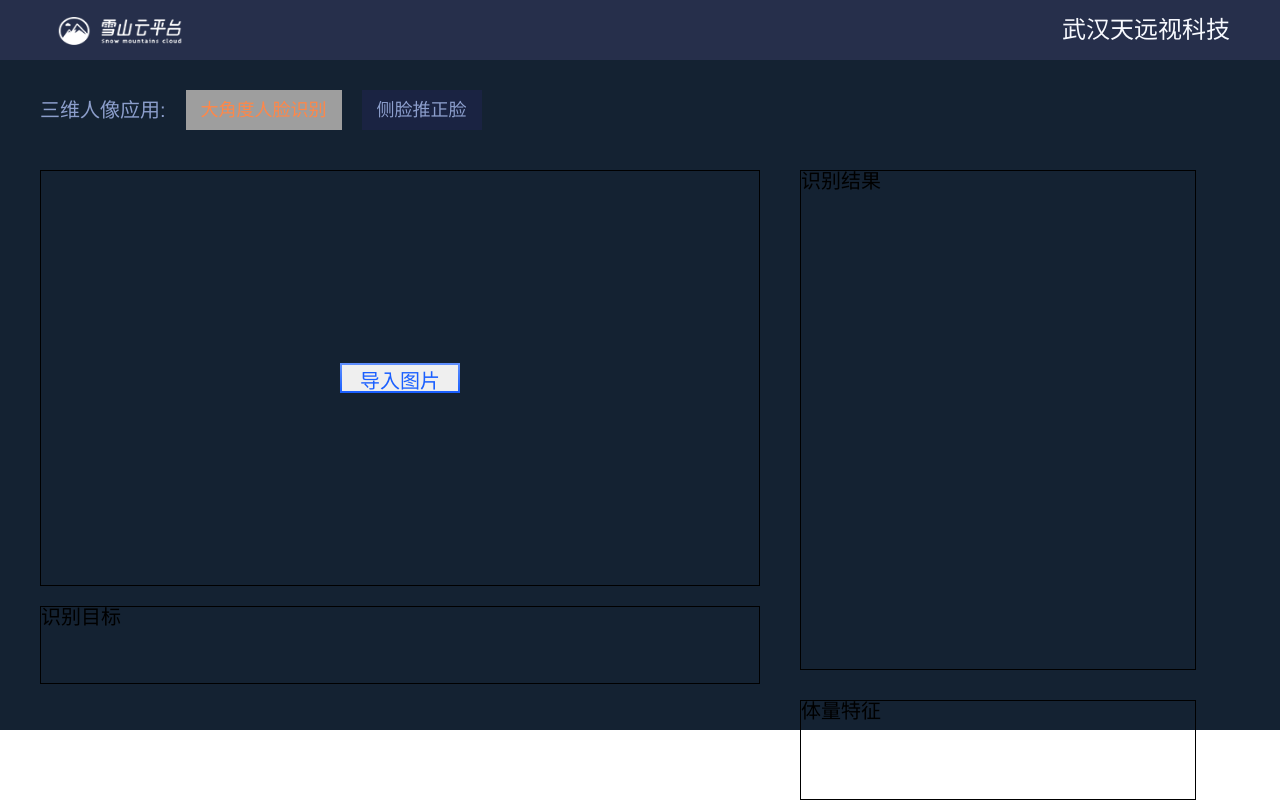
Repository: fyt2020/pubilcDemlo
Page: /
An editor plug-in stored every save of this project. The page is shown before and after the next save, followed by the edit.
The browser window is 1280 px wide. The pictures show the whole page.
Pictures or frames that could not be fetched are drawn as grey boxes. The project was rebuilt for these pictures with package versions that can differ from the ones it lists, and the page was loaded fresh each time.

Above is the page before, as saved 2020-04-28 10:48:03.

### index.html
<!DOCTYPE html>
<html>
  <head>
    <meta charset="utf-8">
    <meta name="viewport" content="width=device-width,initial-scale=1.0">
    <title>pubilcdemo</title>
    <script src="./static/config.js"></script>
    <script src="./static/main.js"></script>
  </head>
  <body>
    <div id="app"></div>
    <!-- built files will be auto injected -->
  </body>
</html>

### src/main.js
// The Vue build version to load with the `import` command
// (runtime-only or standalone) has been set in webpack.base.conf with an alias.
import Vue from 'vue'
import App from './App'
import router from './router'
import '@/assets/css/reset.css'
import axios from '@/plugins/axios';

Vue.config.productionTip = false
Vue.prototype.$http = axios;
/* eslint-disable no-new */
new Vue({
  el: '#app',
  router,
  components: { App },
  template: '<App/>'
})

### src/router/index.js
import Vue from 'vue'
import Router from 'vue-router'
import Home from '@/pages/Home'

Vue.use(Router)

export default new Router({
  linkExactActiveClass: "exactActive",
  linkActivesClass: "active",
  routes: [
    {
      path: '/',
      name: 'home',
      component: Home,
      meta:{
        needTooken:false
      },
      redirect:'/bigAngle',
      children:[
        {
          path: 'bigAngle',
          name: 'bigAngle',
          component: () => import("@/pages/bigAngle"),
          meta:{
            needTooken:false
          },

        },
        {
          path: 'face',
          name: 'face',
          component: () => import("@/pages/face"),
          meta:{
            needTooken:false
          },

        }

      ]
    }
  ]
})

### src/assets/css/reset.css
@charset "UTF-8";
/**
 * @desc pc端常用reset.css
 * @author archer
 * @date 2018-08-26
 */
html,body,div,p,ul,li,dl,dt,dd,em,i,span,a,img,input,h1,h2,h3,h4,h5,nav,section,footer,header,table,tr,th,td,ul,li{margin:0;padding:0;box-sizing: border-box;}
h1,h2,h3,h4,h5,h6{font-weight:normal}
i,em,b{font-style:normal}
article,aside,details,figcaption,figure,footer,header,menu,nav,section {display: block;}
a,img,input {border:none;}
a {text-decoration:none;}
a:hover, a:active {outline: none;}
ul,li{list-style: none}
button,input,select,textarea{font-size:100%;outline:none}
table{border-collapse:collapse;border-spacing:0}
html, body {width: 100%;height: 100%;}
body{font-family:"Helvetica Neue",Helvetica, Arial,sans-serif; font-size: 14px;line-height:1}

### src/pages/Home.vue
<template>
  <div class="home">
      <div class="header">
           <div class="header__left">
                <img src="../assets/img/logo1.png" alt="" class="logo_img">

           </div>
           <div class="header__right">
                <span>武汉天远视科技</span>
           </div>
      </div>
      <div class="navigation">
            <span class="navigation__title">三维人像应用:</span>
            <router-link tag="li" :to="{name:'bigAngle'}" class="navigation__item">大角度人脸识别</router-link>
            <router-link tag="li" :to="{name:'face',params:{id:'self'}}" class="navigation__item">侧脸推正脸</router-link>
      </div>

      <div class="content">
         <router-view />
      </div>

  </div>
</template>

<script>
export default {
  data() {
    return {};
  },
  computed: {},
  created() {

  },
  mounted() {

  },
  methods: {

  },
  components: {}
};
</script>

<style lang="scss" scoped>
@import "@/assets/css/home.scss";
</style>

### src/pages/bigAngle.vue
<template>
  <div class="bigAngle">
    <div class="bigAngle__left">
      <div class="left__top">
        <img :src="uploadImgUrl" alt class="uploadImg" v-if="uploadImgUrl" />
        <img
          src="../assets/img/delete.png"
          alt
          class="delete__img"
          v-show="closeKey"
          @click="close"
        />
        <button class="btn" @click="uploadFile2" v-if="btnKey">
          导入图片
          <form
            name="fileList"
            id="fileList"
            action="uploadURL"
            method="POST"
            enctype="multipart/form-data"
            class="file"
          >
            <input
              type="file"
              hidden
              @change="beforeUploadFile2($event)"
              id="upload_file2"
              class="file-inp"
            />
          </form>
        </button>
      </div>
      <div class="left__bottom">
        <span class="left__bottomT">识别目标</span>
        <ul class="recg__box">
          <li class="recg__item" v-for="item in angleImg" :key="item.id">
            <img :src="item.src" alt class="recg__itemImg"/>
          </li>
        </ul>
      </div>
    </div>
    <div class="bigAngle__right">
      <div class="right__top">
        <span class="right__topT">识别结果</span>
        <div id="WebGL-output"></div>
        <ul class="info__box" v-if="infoObj.collectNo">
          <li class="info__item">
            <span class="info__iteml">采集编号:</span>
            <span class="info__itemr">{{infoObj.collectNo}}</span>
          </li>
          <li class="info__item">
            <span class="info__iteml">性别:</span>
            <span class="info__itemr">{{infoObj.sex}}</span>
          </li>
          <li class="info__item">
            <span class="info__iteml">证件号:</span>
            <span class="info__itemr">{{infoObj.idNo}}</span>
          </li>
          <li class="info__item">
            <span class="info__iteml">采集时间:</span>
            <span class="info__itemr">{{infoObj.time}}</span>
          </li>
        </ul>
      </div>
      <div class="right__bottom">
           <span class="right__topT">体量特征</span>
           <ul class="tl__box" v-if="charData.length>0">
               <li class="tl__item" v-for="item in charData" :key="item.value">
                   <span class="tl__iteml same">{{item.title}}</span>
                   <span class="tl__itemr same">{{item.value}}</span>
               </li>
           </ul>
      </div>
    </div>
  </div>
</template>

<script>
import axios from 'axios'
export default {
  props: {},
  data() {
    return {
      btnKey: true,
      uploadImgUrl: "",
      closeKey: false,
      camera: null,
      renderer: null,
      boxHelper: null,
      animationId: null,
      modelObj: null,
      scene: null,
      infoObj: {
          collectNo:'',
          sex:'',
          time:'',
          idNo:''
      },
      charData:[],
      angleImg:[],

      source: 0
    };
  },
  computed: {},
  created() {},
  mounted() {},
  watch: {},
  methods: {
    close() {
      console.log($('#WebGL-output'))
      $('#WebGL-output').empty();
      this.uploadImgUrl = "";
      this.closeKey = false;
      this.btnKey = true;
      this.angleImg = [];
      this.charData =[];
      this.infoObj = {
          collectNo:'',
          sex:'',
          time:'',
          idNo:''
      },
      this.removeEntity(this.modelObj);
    },
    uploadFile2() {
      let file = document.getElementById("upload_file2");
      file.click();
    },
    beforeUploadFile2(e) {
      let VM = this;
      let files = e.target.files[0];
      let nameArr = e.target.files[0].name.split(".");
      let len = nameArr.length;
      let startName = e.target.files[0].name.split(".")[0];
      let endName = nameArr[len - 1];
      if (
        endName != "jpg" &&
        endName != "png" &&
        endName != "jpeg" &&
        endName != "JPG" &&
        endName != "PNG" &&
        endName != "JPEG"
      ) {
        VM.$Message.error(`上传图片格式不是jpg或png!`);
        return;
      }
      if (!files) {
        return;
      }
      this.btnKey = false;
      this.closeKey = true;
      let reader = new FileReader();
      reader.onloadend = function() {
        VM.uploadImgUrl = reader.result;
      };
      reader.readAsDataURL(files);
      this.angleImg = [{id:Math.floor(Math.random*100),src:`../../static/data/${startName}/${startName}_angle.jpg`}];
      this.INIT(400, 400, startName);
      this.getInfo(startName);
    },

    INIT(width, height, name) {
      let VM = this;
      //场景构建
      VM.scene = new THREE.Scene();
      //相机构建
      VM.camera = new THREE.PerspectiveCamera(45, width / height, 0.1, 2000); //四个参数 视场角 方向 最近距 最远距  fov对应着图中的视角，是上下两面的夹角。aspect是近平面的宽高比。
      // camera.lookAt( new THREE.Vector3(0, 0, 0));
      //渲染器构建
      VM.renderer = new THREE.WebGLRenderer({
        antialias: true
      });

      //设置背景颜色
      VM.renderer.setClearColor(0x484b5f);
      //三个参数 width height updateStyle第三个选填
      VM.renderer.setSize(width, height);
      //激活阴影
      VM.renderer.shadowMapEnabled = true;
      //添加材质灯光阴影
      var ambiColor = "ffffff";
      var ambientLight = new THREE.AmbientLight(ambiColor);
      VM.scene.add(ambientLight);

      //添加坐标系
      // var axes = new THREE.AxisHelper(100);
      // scene.add(axes);

      //添加网格
      // var helper = new THREE.GridHelper( 1000, 50 ,0x0000ff, 0xff8080);
      // scene.add(helper);
      VM.boxHelper = new THREE.BoxHelper();

      var controls = new THREE.OrbitControls(VM.camera, VM.renderer.domElement);
      //controls.target = new THREE.Vector3(0, 0, 0);
      // 使动画循环使用时阻尼或自转 意思是否有惯性
      controls.enableDamping = true;
      //动态阻尼系数 就是鼠标拖拽旋转灵敏度
      controls.dampingFactor = 0.25;
      //是否可以缩放
      controls.enableZoom = true;
      //是否自动旋转
      controls.autoRotate = false;
      //设置相机距离原点的最近距离
      //controls.minDistance = 200;
      //设置相机距离原点的最远距离
      //controls.maxDistance = 600;
      //是否开启右键拖拽
      controls.enablePan = true;
      //上下旋转范围
      controls.minPolarAngle = 0;
      controls.maxPolarAngle = Math.PI * (90 / 180);
      //左右旋转范围
      controls.minAzimuthAngle = -Math.PI * (60 / 180);
      controls.maxAzimuthAngle = Math.PI * (60 / 180);

      controls.panSpeed = 0.2;
      controls.rotateSpeed = 0.1;
      //模型
      var onProgress = function(xhr) {
        // if (xhr.lengthComputable) {
        //   //可计算的长度
        //   var percentCompvare = (xhr.loaded / xhr.total) * 100; //加载程度百分比
        //   var elem = document.getElementById("myBar");
        //   var width = parseInt(percentCompvare);
        //   elem.style.width = width + "%";
        //   $(".loading").text("正在下载:" + parseInt(percentCompvare) + "%");
        // }
      };
      var onError = function(xhr) {
        // $(".loading")
        //   .show()
        //   .text("下载失败");
        return;
      };

      var modelPath = `../../static/data/${name}`;
      var objLoader = new THREE.OBJLoader2();
      var callbackOnLoad = function(event) {
        VM.modelObj = event.detail.loaderRootNode;
        VM.modelObj.name = `${name}`;
        VM.modelObj.scale.set(1.9, 1.9, 1.9);
        VM.modelObj.children[0].geometry.computeBoundingBox();
        VM.modelObj.rotation.x = THREE.Math.degToRad(-88);
        VM.modelObj.children[0].geometry.center();
        VM.boxHelper.setFromObject(VM.modelObj);
        let center = VM.boxHelper.geometry.boundingSphere.center;
        let radius = VM.boxHelper.geometry.boundingSphere.radius;
        let cameraPos = new THREE.Vector3(
          center.x + VM.modelObj.position.x,
          center.y + VM.modelObj.position.y,
          radius * 2.2 + center.z + VM.modelObj.position.z
        );
        let lookPos = new THREE.Vector3(
          center.x + VM.modelObj.position.x,
          center.y + VM.modelObj.position.y,
          center.z + VM.modelObj.position.z
        );
        VM.camera.position.copy(cameraPos);
        controls.target = lookPos;
        VM.camera.lookAt(lookPos);
        VM.scene.add(VM.modelObj);
      };
      let typeObj = VM.source == "1" ? "textured" : "cut";
      objLoader.loadMtl(modelPath + `/${typeObj}_mesh.mtl`, null, function(
        materialCreator
      ) {
        materialCreator[`${typeObj}_mesh`].opacity = 1; // new THREE.Color(1,1,1)
        objLoader.setMaterials(materialCreator);
        objLoader.setLogging(true, true);
        objLoader.load(
          modelPath + `/${typeObj}_mesh.obj`,
          callbackOnLoad,
          onProgress,
          onError,
          null,
          false
        );
      });
      VM.camera.lookAt(VM.scene.position);
      //在页面上添加渲染器，dom元素
      $("#WebGL-output").append(VM.renderer.domElement);
      renderScene();
      VM.getModelTxt(name);
      function renderScene() {
        var clock = new THREE.Clock();
        var delta = clock.getDelta(); //三角点
        controls.update();
        VM.camera.updateProjectionMatrix();
        VM.animationId = requestAnimationFrame(renderScene); //请求动画框架
        VM.renderer.render(VM.scene, VM.camera);
      }
    },
    clearRenderer() {
      let VM = this;
      VM.renderer.dispose();
      VM.renderer.forceContextLoss();
      VM.renderer.context = null;
      VM.renderer.domElement = null;
      VM.renderer = null;
    },
    getModelTxt(name) {
      let VM = this;
      let id = new Date().getTime();
      let params = {
        headers: {
          "Content-Type": "text/plain;charset=utf-8"
        },
        responseType: "text/json",
        inCharset: "utf-8",
        outCharset: "utf-8",
        timeout: 30000,
        random: id
      };
      axios
        .get(
          `../../static/data/${name}/face_points_distance.txt`,
        )
        .then(function(res) {
            let newData = res.data.split("\r\n");
            let len = newData.length;
            for (var i = 0; i < len; i++) {
              let obj = {};
              if (newData[i]) {
                let k = newData[i].split(":")[0];
                let v = newData[i].split(":")[1];
                obj['title'] = k;
                obj['value'] = v;
              }
              VM.charData.push(obj)
            }
        })
        .catch(function(error) {
          console.log(error);
        });
    },
    getInfo(name) {
      let VM = this;
      this.$http.api
        .get(`../../static/data/${name}/${name}.json`)
        .then(function(res) {
          if (res.data.code === 0) {
            let data = res.data.result;
            VM.infoObj = data
          }
        })
        .catch(function(error) {
          console.log(error);
        });
    },
    //移除模型
    removeEntity(object) {
      let selectedObject = this.scene.getObjectByName(object.name);
      // console.log('renderer.renderLists',this.renderer.renderLists)
      selectedObject.traverse(function(item) {
        if (item instanceof THREE.Mesh) {
          item.geometry.dispose(); //删除几何体
          //item.material.dispose(); //删除材质
          if (Array.isArray(item.material)) {
            item.material.forEach(function(i) {
              i.dispose(); //删除材质
            });
          } else {
            item.material.dispose();
          }
        }
      });
      this.scene.remove(selectedObject);
      this.renderer.dispose();
      this.renderer.clear();
      this.renderer.renderLists.dispose();
      this.modelObj = null;
      THREE.Cache.clear();
    }
  },
  beforeDestroy() {},
  components: {}
};
</script>

<style scoped lang="scss">
@import "@/assets/css/bigAngle.scss";
</style>

### src/assets/css/home.scss

@import "@/assets/css/func.scss";
.home{
    font-size: 20px;
    width: 100vw;
    height: 100vh;
    background-color: #142232;
    .header{
        width: 100%;
        height: 60px;
        background-color: #262f4b;
        display: flex;
        align-items: center;
        color:  #f8faff;;
        justify-content: space-between;
        padding: 0 50px;
        font-size: 24px;
        .header__left{
            height: 100%;
            display: flex;
            align-items: center;
            .logo_img{
                width: 141px;
                height: 35px;
            }
        }
        .header__right{
            height: 100%;
            display: flex;
            align-items: center;
        }
    }
    .navigation{
        width: 100%;
        height: 40px;
        display: flex;
        align-items: center;
        box-sizing: border-box;
        background-color: #142232;
        color:  #8c9ecb;
        padding: 0 40px;
        margin-top: 30px;
        .navigation__title{
            margin-right: 20px;
        }
        &__item{
            height: 40px;
            line-height: 40px;
            box-sizing: border-box;
            padding: 0 15px;
            margin-right: 20px;
            font-size: 18px;
            color: #8c9ecc;
            background-color:  #1a2342;
        }
        &__item.exactActive{
             display: flex;
             color: #ff8748;
             background: url('#{$img}/qhbtn.png') no-repeat center;
             background-size: 100% 100%;

        }
    }
    .content{
        height: calc(100% - 120px);
        width: 100%;
        padding: 40px;
        background-color: #142232;
    }
}

### src/assets/css/func.scss
// @function px2Rem($px, $base-font-size: 19.2px) {
//     @if (unitless($px)) { //有无单位
//       @return ($px / 19.2) * 1rem;
//     } @else if (unit($px) == em) {
//       @return $px;
//     }
//     @return ($px / $base-font-size) * 1rem;
// }

$img:"../../img";

### src/assets/css/bigAngle.scss
.bigAngle{
     display: flex;
     width: 100%;
     height: 100%;
     .bigAngle__left{
        width: 60%;
        height: 100%;
        margin-right: 40px;
        display: flex;
        flex-direction: column;
        .left__top{
             width: 100%;
             height: 80%;
             border: 1px solid black;
             margin-bottom: 20px;
             display: flex;
             align-items: center;
             justify-content: center;
             position: relative;
             .uploadImg{
                height: 100%;
             }
             .delete__img{
                position: absolute;
                width: 36px;
                height: 36px;
                right: 20px;
                top:20px;
                transition: all 0.1 linear;
                z-index: 2100;
                cursor: pointer;
             }
             .btn{
                 position: absolute;
                 outline: none;
                 border-style: solid;
                 border-width: 2px;
                 border-image-source: linear-gradient(0deg,#1a5fff 0%, #5f8ffd 100%);
                 border-image-slice: 1;
                 width: 120px;
                 height: 30px;
                 line-height: 30px;
                 color: #1a5fff;
                 border-radius: 6px;
                 z-index: 9999;
             }
        }
        .left__bottom{
            width: 100%;
            height: 15%;
            border: 1px solid black;
            .left__bottom{

            }
            .recg__box{

                display: flex;
                align-items: center;
                justify-content: flex-start;
                .recg__item{
                    width: 100px;
                    height: 100px;
                    .recg__itemImg{

                        height: 100%;
                    }
                }
            }
        }
     }
     .bigAngle__right{
        width: 33%;
        height: 100%;


        .right__top{
            border: 1px solid black;
            width: 100%;
            height: 500px;
            position: relative;
            margin-bottom: 30px;
            .right__topT{

            }
            #WebGL-output{
                width: 400px;
                height: 400px;
            }
            .info__box{
                position: absolute;
                right: 0;
                bottom: 0;
                width: 300px;
                height: 200px;
                background-color: black;
                display: flex;
                flex-direction: column;

                color: blanchedalmond;


            }
        }
        .right__bottom{

            border: 1px solid black;
            width: 100%;
            height: 100px;
            .right__topT{

            }
            .tl__box{
                display: flex;

                .tl__item{



                 .same{




                 }
                 .tl__iteml{

                 }
                 .tl__itemr{

                 }
                }
            }


        }

     }
}

### static/config.js
window.BASEURL = {
     type:'id',

     imgUrl__collectNo:'srlp1576136811447'
};

Loaded but not shown: src/App.vue (common file); src/plugins/axios.js (library)

After the next save:
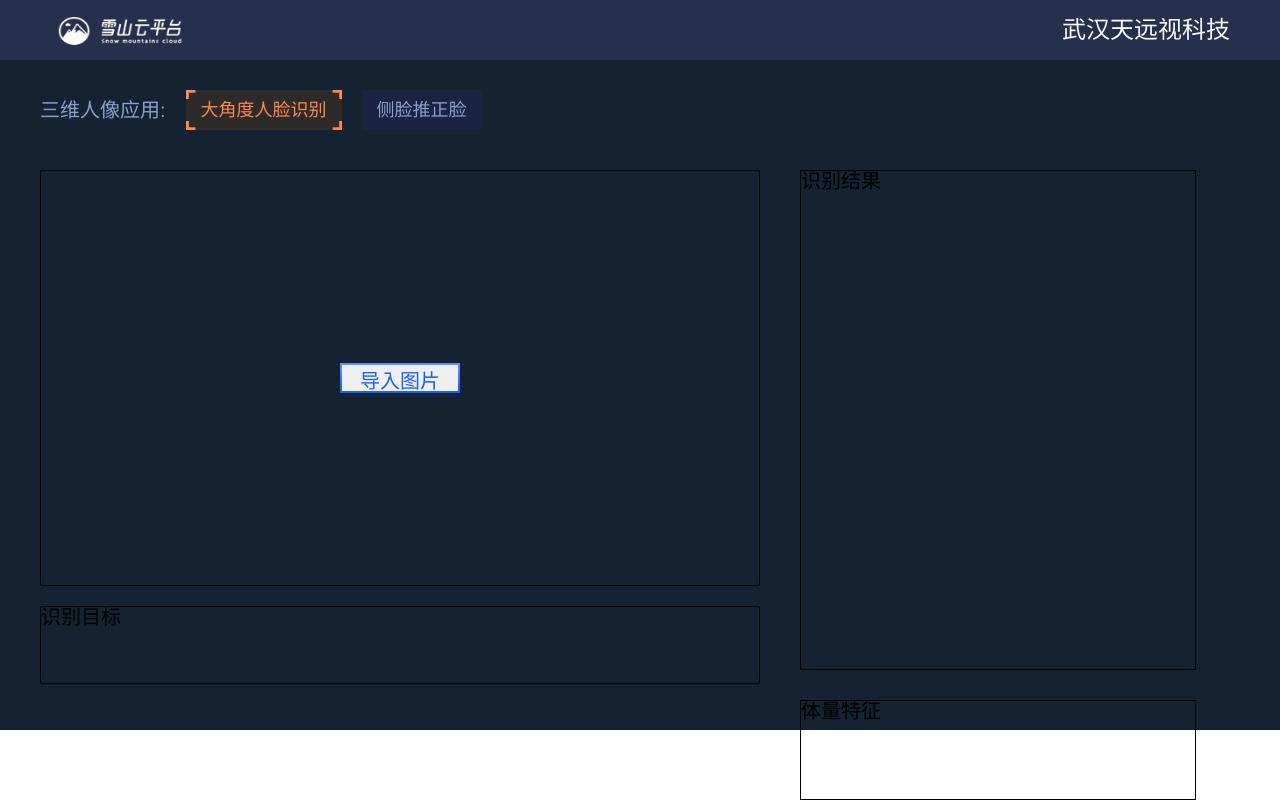
Saved 35 s later.
--- a/src/assets/css/func.scss
+++ b/src/assets/css/func.scss
@@ -7,4 +7,4 @@
 //     @return ($px / $base-font-size) * 1rem;
 // }
 
-$img:"../../img";
+$img:"../img";
